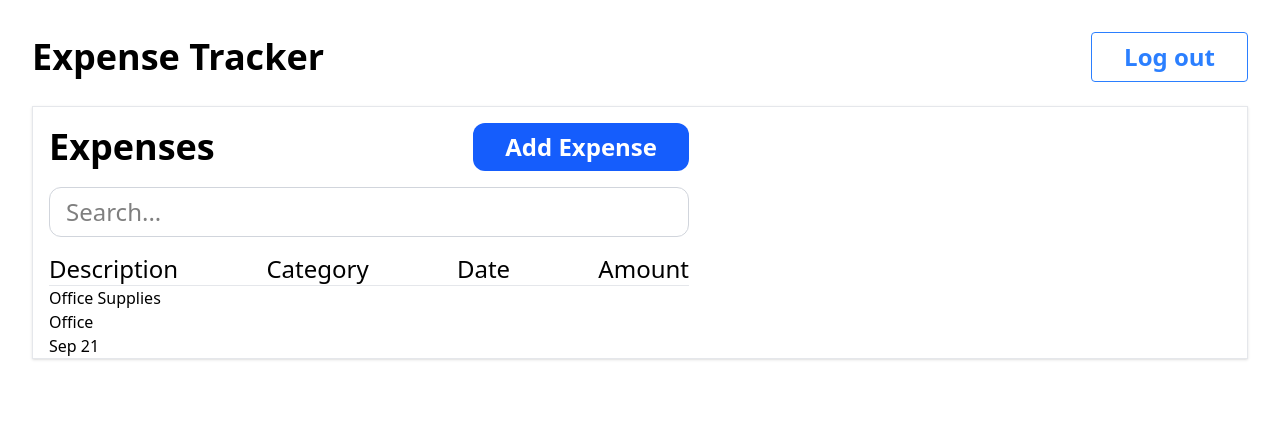
Repository: Syed-Mohsin-Ali786/frontend-expense-tracker
Page: /
The author's editor kept a copy of each file at every save. The page is drawn from the files as they stood at one save, then again after the next save.
The browser window is 1280 px wide. The pictures show the whole page.
The project was rebuilt for these pictures with package versions that can differ from the ones it lists, and the page was loaded fresh each time.

Above is the page before, as saved 2025-09-28 14:26:39.

### src/App.tsx
import "./App.css";

function App() {
  return (
    <div className=" mt-4 mx-4 p-4">
      {/* Header */}
      <header className="flex items-center justify-between">
        <h1 className="text-4xl  font-semibold">Expense Tracker</h1>
        <button className=" border border-blue-500 py-2 px-3 md:px-6 lg:px-8 rounded font-semibold text-blue-500 text-2xl ">
          Log out
        </button>
      </header>

      {/* The main page */}
      <section className="mt-6 shadow border-gray-200 border px-4">
        {/* Expenses */}
        <div className="flex flex-col w-[50vw] justify-between mt-4">
          <div className="flex justify-between items-center ">
          <h1 className="text-4xl  font-semibold">Expenses</h1>
          <button className=" bg-blue-600  py-2 px-3 md:px-6 lg:px-8 rounded-[12px] font-semibold text-[#ffff] text-2xl">
            Add Expense
          </button>
          </div>
          <div>
          <input type="text" placeholder="Search..."  className="py-2 px-4 w-full text-2xl border-gray-300 border rounded-[12px] mt-4 "/>
          <div className="flex text-2xl items-center justify-between mt-4 border-gray-200 border-b">
            <p>Description</p>
            <p>Category</p>
            <p>Date</p>
            <p>Amount</p>
          </div>
          <p>Office Supplies</p>
          <p>Office</p>
          Sep 21
          </div>
        </div>
        {/* Charts */}
        <div></div>
      </section>
    </div>
  );
}

export default App;

Loaded but not shown: index.html (common file); src/main.tsx (common file); src/App.css (common file)

After the next save:
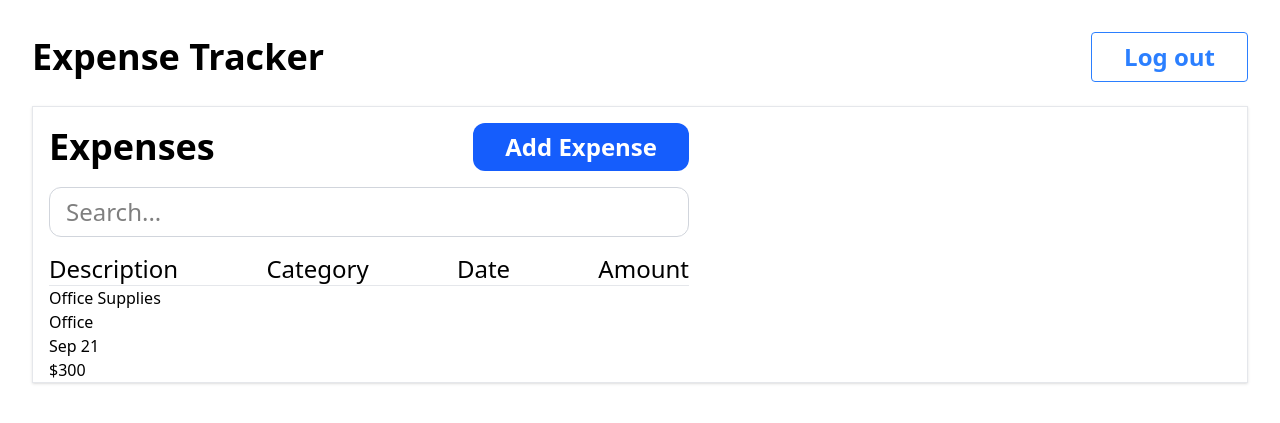
Saved 44 s later.
--- a/src/App.tsx
+++ b/src/App.tsx
@@ -31,7 +31,8 @@ function App() {
           </div>
           <p>Office Supplies</p>
           <p>Office</p>
-          Sep 21
+         <p> Sep 21</p>
+         <p>$300</p>
           </div>
         </div>
         {/* Charts */}
